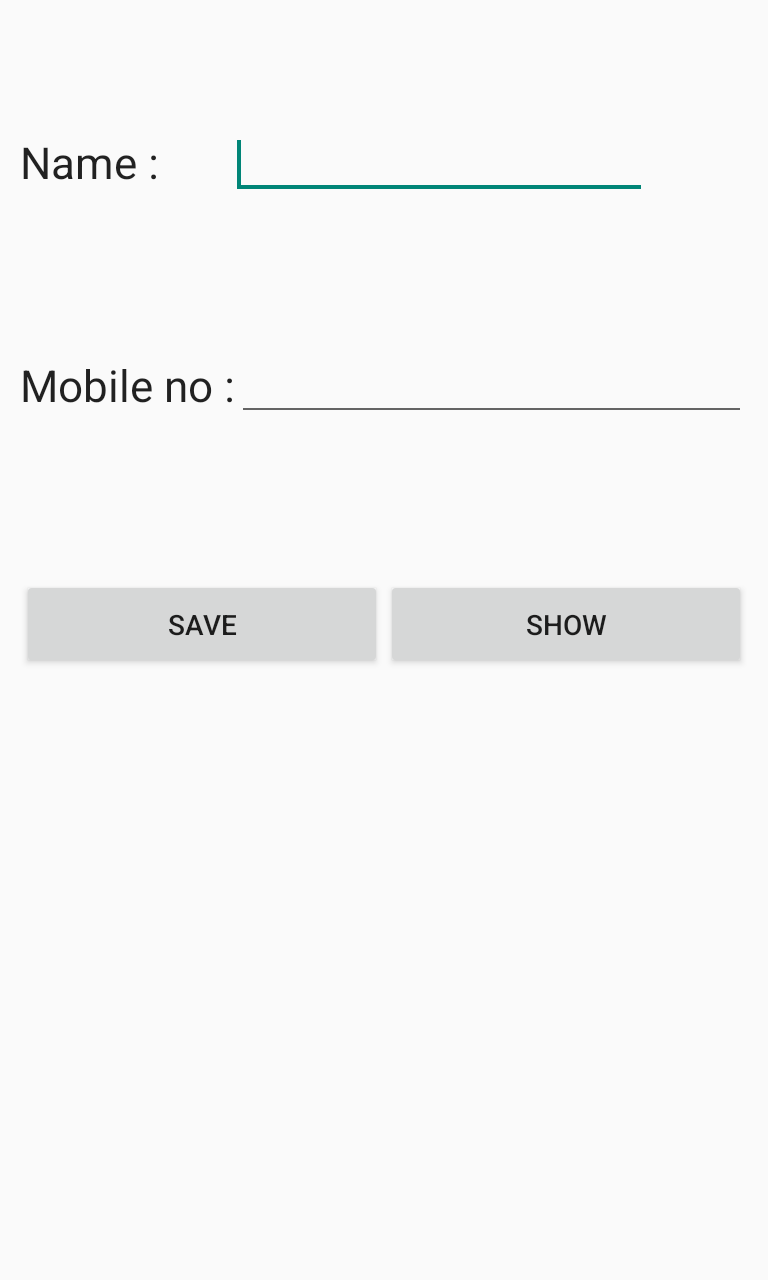
Repository: rajeshmule/Android-Data-Storage-Option
Layout: SharedPreference/res/layout/activity_main.xml
An editor plug-in stored every save of this project. The layout is shown before and after the next save, followed by the edit.
It is drawn on a 768 x 1280 px phone screen (xhdpi) without system bars, with theme AppTheme; the app's code is not run.

Above is the layout before, as saved 2014-08-22 19:09:03.

After the next save:
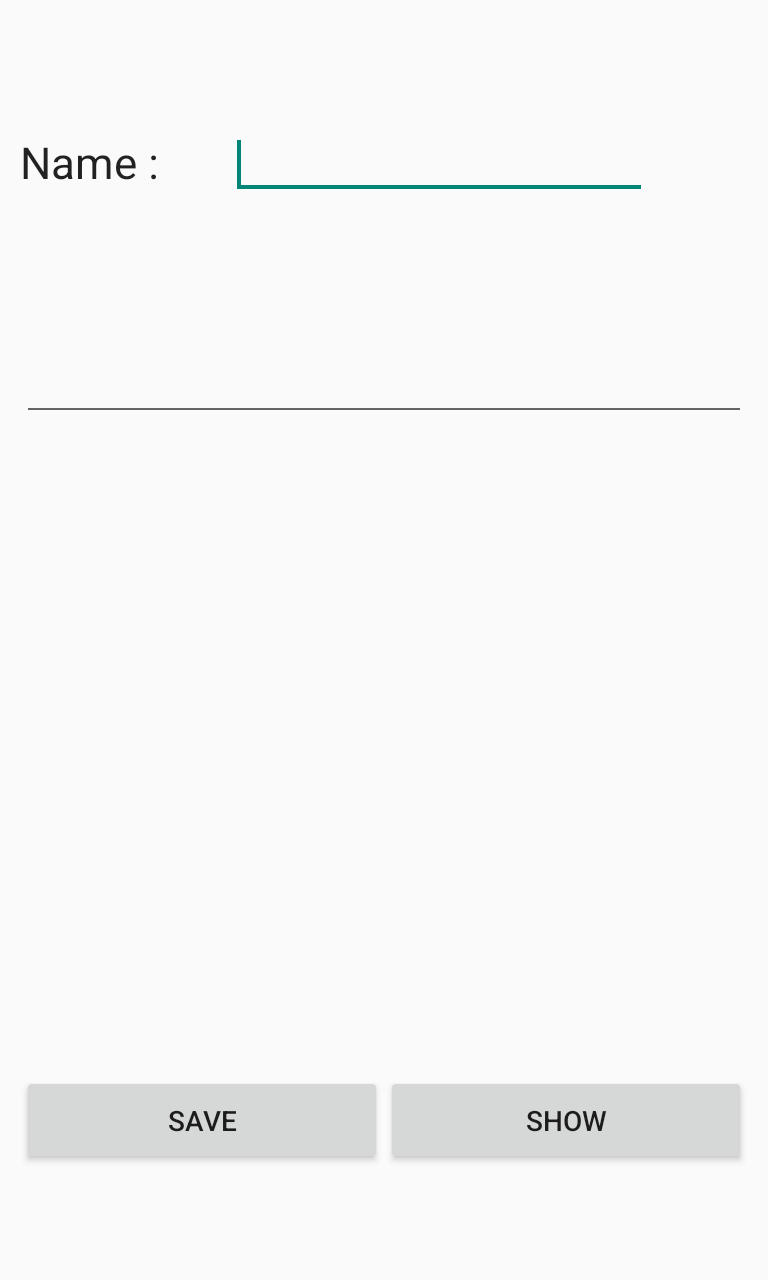
Saved 2 min 16 s later.
--- a/SharedPreference/res/layout/activity_main.xml
+++ b/SharedPreference/res/layout/activity_main.xml
@@ -46,7 +46,7 @@
 
         <TextView
             android:id="@+id/textView2"
-            android:layout_width="wrap_content"
+            android:layout_width="0dp"
             android:layout_height="wrap_content"
             android:text="@string/Mobile_no_fix"
             android:textAppearance="?android:attr/textAppearanceLarge" />

After the save that followed:
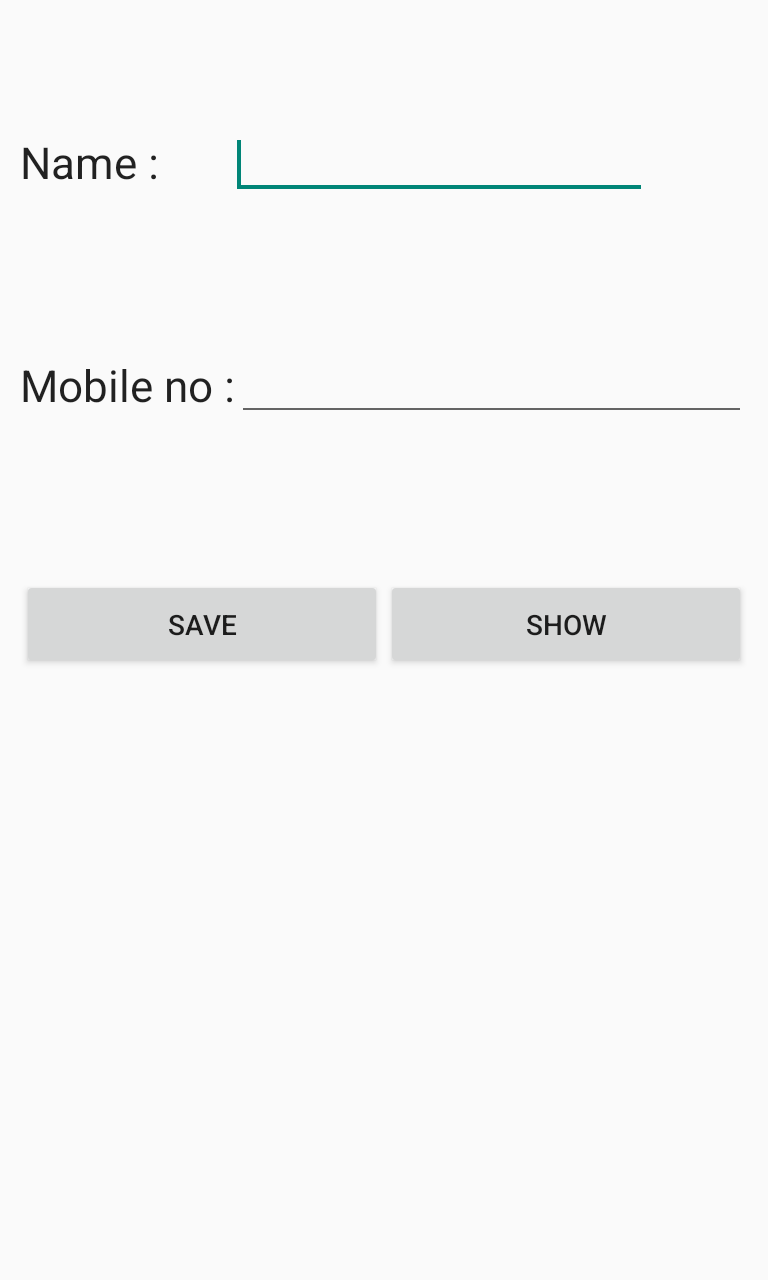
Saved 19 s later.
--- a/SharedPreference/res/layout/activity_main.xml
+++ b/SharedPreference/res/layout/activity_main.xml
@@ -46,7 +46,7 @@
 
         <TextView
             android:id="@+id/textView2"
-            android:layout_width="0dp"
+            android:layout_width="wrap_content"
             android:layout_height="wrap_content"
             android:text="@string/Mobile_no_fix"
             android:textAppearance="?android:attr/textAppearanceLarge" />
